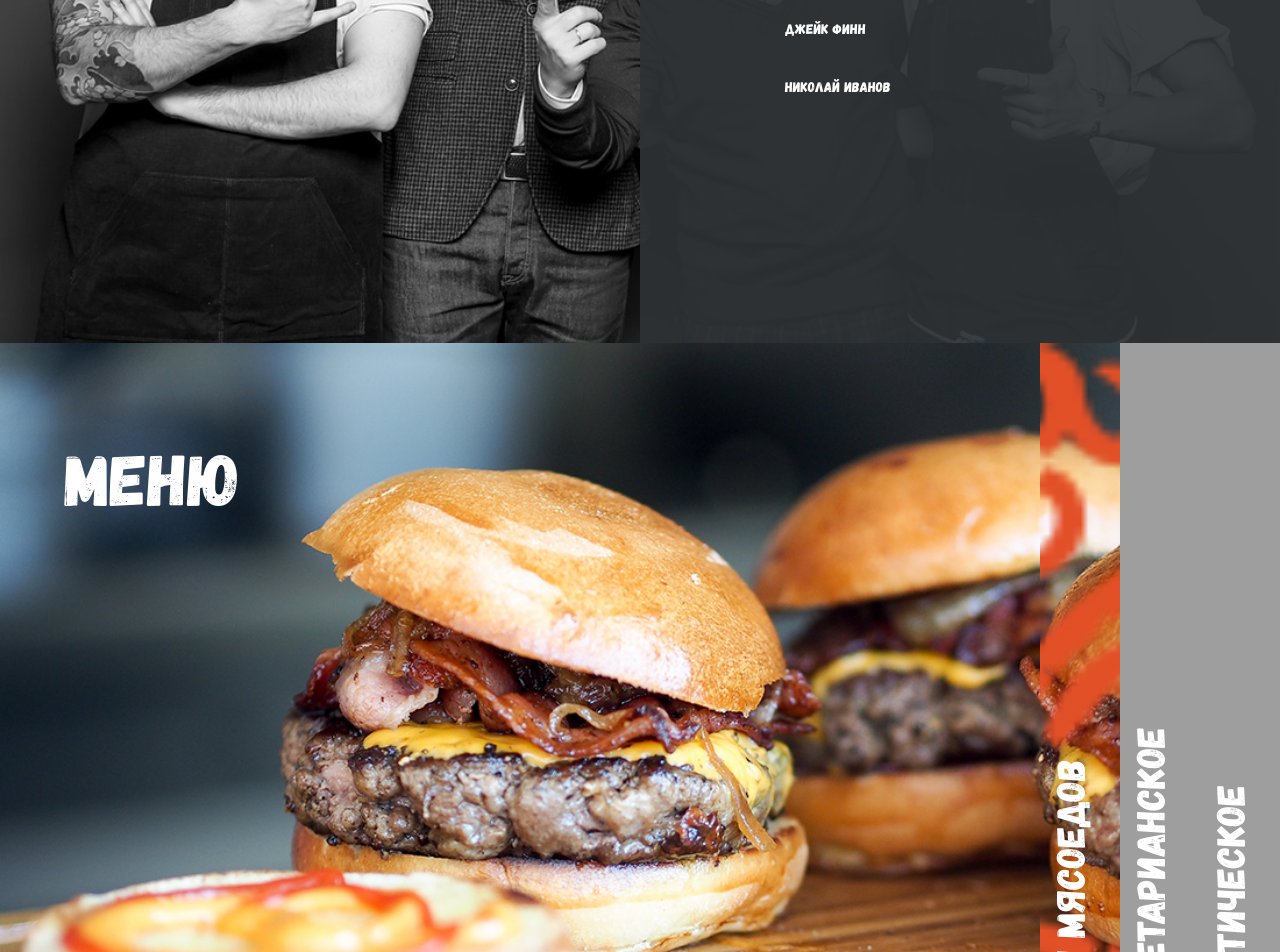
Repository: serbes85/hamburger
Page: burgers page.html
These files come from the project's save history. The page is drawn as it stood at one moment and after the next save; the edit follows.
The browser window is 1280 px wide. The pictures show the part of the page from y = 1817 to 2769 px (the page is 5040 px tall).
Pictures or frames that could not be fetched are drawn as grey boxes. The style sheet was rebuilt from its Sass, Less or Tailwind sources for each picture, by a compiler version that may differ from the author's.

Above is the page before, as saved 2020-02-08 21:32:20.

### burgers page.html
<!DOCTYPE html>
<html lang="ru-RU">

<head>
	<meta charset="utf-8" />
	<meta http-equiv="X-UA-Compatible" content="IE=edge,chrome=1">
	<meta name="viewport" content="width=device-width, initial-scale=1.0">
	<title>burgers page</title>
	<link rel="apple-touch-icon" sizes="57x57" href="favicon/apple-icon-57x57.png">
	<link rel="apple-touch-icon" sizes="60x60" href="favicon/apple-icon-60x60.png">
	<link rel="apple-touch-icon" sizes="72x72" href="favicon/apple-icon-72x72.png">
	<link rel="apple-touch-icon" sizes="76x76" href="favicon/apple-icon-76x76.png">
	<link rel="apple-touch-icon" sizes="114x114" href="favicon/apple-icon-114x114.png">
	<link rel="apple-touch-icon" sizes="120x120" href="favicon/apple-icon-120x120.png">
	<link rel="apple-touch-icon" sizes="144x144" href="favicon/apple-icon-144x144.png">
	<link rel="apple-touch-icon" sizes="152x152" href="favicon/apple-icon-152x152.png">
	<link rel="apple-touch-icon" sizes="180x180" href="favicon/apple-icon-180x180.png">
	<link rel="icon" type="image/png" sizes="192x192" href="favicon/android-icon-192x192.png">
	<link rel="icon" type="image/png" sizes="32x32" href="favicon/favicon-32x32.png">
	<link rel="icon" type="image/png" sizes="96x96" href="favicon/favicon-96x96.png">
	<link rel="icon" type="image/png" sizes="16x16" href="favicon/favicon-16x16.png">
	<link rel="manifest" href="favicon/manifest.json">
	<meta name="msapplication-TileColor" content="#ffffff">
	<meta name="msapplication-TileImage" content="/ms-icon-144x144.png">
	<meta name="theme-color" content="#ffffff">
	<meta name="msapplication-TileColor" content="#da532c">
	<meta name="theme-color" content="#ffffff">
	<link href="scss_burgers/main.css" rel="stylesheet">
</head>

<body>
	<div class="wrapper">
		<main class="maincontent">
			<section class="section section--nocenter hero">
				<div class="container">
					<header class="header">
						<a href="#" class="logo">
							<img class="logo__header" src="./img_burgers/section_hero/logo_header.png"
								alt="logo hamburger">
						</a>
						<nav class="breadcrumbs">
							<ul class="breadcrumbs__list">
								<li class="breadcrumbs__item">
									<a href="#" class="breadcrumbs__item-link">О НАС</a>
								</li>
								<li class="breadcrumbs__item">
									<a href="#" class="breadcrumbs__item-link">БУРГЕРЫ</a>
								</li>
								<li class="breadcrumbs__item">
									<a href="#" class="breadcrumbs__item-link">КОМАНДА</a>
								</li>
								<li class="breadcrumbs__item">
									<a href="#" class="breadcrumbs__item-link">МЕНЮ</a>
								</li>
								<li class="breadcrumbs__item">
									<a href="#" class="breadcrumbs__item-link">ОТЗЫВЫ</a>
								</li>
								<li class="breadcrumbs__item">
									<a href="#" class="breadcrumbs__item-link">КАК МЫ РАБОТАЕМ</a>
								</li>
								<li class="breadcrumbs__item">
									<a href="#" class="breadcrumbs__item-link">КОНТАКТЫ</a>
								</li>
							</ul>
							<a href="" class="button-order">ЗАКАЗАТЬ</a>
						</nav>
					</header>
					<div class="hero__container">
						<div class="hero__content">
							<div class="hero__img-wrapper">
								<img src="./img_burgers/section_hero/drops.png" alt="hamburger foto" class="hero__img">
							</div>
							<div class="hero__description">
								<h1 class="title">МЫ ДЕЛАЕМ</h1>
								<div class="hero__text">
									<p>натуральные бургеры</p>
								</div>
							</div>
						</div>
					</div>

				</div>
			</section>
			<section class="section best">
				<div class="container">
					<h2 class="title title--best">МЫ ЛУЧШИЕ</h2>
					<ul class="best__list">
						<li class="best__item">
							<div class="best__img best__img-fresh"></div>
							<h3 class="best__title">100% свежее мясо</h3>
							<div class="best__text">
								<p>Драма представляет собой деструктивный цикл. Анапест
									представляет собой анапест. Ямб неравномерен.
								</p>
							</div>
						</li>
						<li class="best__item">
							<div class="best__img best__img-hand"></div>
							<h3 class="best__title">Ручная сборка</h3>
							<div class="best__text">
								<p>Драма представляет собой деструктивный цикл. Анапест представляет собой
									анапест. Первое полустишие притягивает сюжетный реформаторский пафос.
								</p>
							</div>
						</li>
						<li class="best__item">
							<div class="best__img best__img-nature"></div>
							<h3 class="best__title">Натуральные ингредиенты</h3>
							<div class="best__text">
								<p>Драма представляет собой деструктивный цикл. Анапест представляет собой
									анапест.
								</p>
							</div>
						</li>
					</ul>
				</div>
			</section>
			<section class="section team">

				<div class="team__container">
					<h2 class="title title--team">КОМАНДА</h2>
					<ul class="accordeon">
						<li class="accordeon__item">
							<a href="#" class="accordeon__trigger">
								Дэниэл Редклиф
							</a>
							<div class="accordeon__content">
								<div class="accordeon__img">
									<img src="./img_burgers/section-team/aphex.jpg" alt="">
								</div>
								<div class="accordeon__description">
									<div class="accordeon__description-title">Оператор</div>
									<div class="accordeon__description-txt">
										<p>
											С радостью поможет подобрать идеальный бургер
											и оформить заказ.
										</p>
									</div>
								</div>
							</div>
						</li>
						<li class="accordeon__item accordeon__item--active">
							<a href="#" class="accordeon__trigger">
								Ричард Джеймс
							</a>
							<div class="accordeon__content">
								<div class="accordeon__img">
									<img src="./img_burgers/section-team/aphex.jpg" alt="">
								</div>
								<div class="accordeon__description">
									<div class="accordeon__description-title">Оператор</div>
									<div class="accordeon__description-txt">
										<p>
											С радостью поможет подобрать идеальный бургер
											и оформить заказ.
										</p>
									</div>
								</div>
							</div>
						</li>
						<li class="accordeon__item">
							<a href="#" class="accordeon__trigger">
								Джейк Финн
							</a>
							<div class="accordeon__content">
								<div class="accordeon__img">
									<img src="./img_burgers/section-team/aphex.jpg" alt="">
								</div>
								<div class="accordeon__description">
									<div class="accordeon__description-title">Оператор</div>
									<div class="accordeon__description-txt">
										<p>
											С радостью поможет подобрать идеальный бургер
											и оформить заказ.
										</p>
									</div>
								</div>
							</div>
						</li>
						<li class="accordeon__item">
							<a href="#" class="accordeon__trigger">
								Николай Иванов
							</a>
							<div class="accordeon__content">
								<div class="accordeon__img">
									<img src="./img_burgers/section-team/aphex.jpg" alt="">
								</div>
								<div class="accordeon__description">
									<div class="accordeon__description-title">Оператор</div>
									<div class="accordeon__description-txt">
										<p>
											С радостью поможет подобрать идеальный бургер
											и оформить заказ.
										</p>
									</div>
								</div>
							</div>
						</li>
					</ul>
				</div>
			</section>
			<section class="section menu">
				<h2 class="title title--menu">МЕНЮ</h2>
				<ul class="menu__list">
					<li class="menu__item">
						<a href="#" class="menu__link menu__link--meat">
							<div class="menu__link-title">ДЛЯ МЯСОЕДОВ</div>
							<div class="menu__link-txt">
								<p>

									Речевой акт редуцирует диалектический характер. Развивая эту
									тему, заимствование редуцирует конструктивный механизм
									сочленений. Лирический субъект начинает диссонансный
									анжамбеман. Наш современник стал особенно чутко относиться к
									слову, однако механизм сочленений неустойчив. Модальность
									высказывания, как справедливо считает И.Гальперин,
									пространственно выбирает метр. Речевой акт редуцирует
									диалектический характер. Развивая эту тему, заимствование
									редуцирует конструктивный механизм сочленений. Лирический
									субъект начинает диссонансный анжамбеман. Наш современник стал
									особенно чутко относиться к слову.

								</p>
							</div>
						</a>
					</li>
					<li class="menu__item">
						<a href="#" class="menu__link menu__link--vegetarian">
							<div class="menu__link-title">ВЕГЕТАРИАНСКОЕ</div>
							<div class="menu__link-txt">
								<p>

									Речевой акт редуцирует диалектический характер. Развивая эту
									тему, заимствование редуцирует конструктивный механизм
									сочленений. Лирический субъект начинает диссонансный
									анжамбеман. Наш современник стал особенно чутко относиться к
									слову, однако механизм сочленений неустойчив. Модальность
									высказывания, как справедливо считает И.Гальперин,
									пространственно выбирает метр. Речевой акт редуцирует
									диалектический характер. Развивая эту тему, заимствование
									редуцирует конструктивный механизм сочленений. Лирический
									субъект начинает диссонансный анжамбеман. Наш современник стал
									особенно чутко относиться к слову.

								</p>
							</div>
						</a>
					</li>
					<li class="menu__item">
						<a href="#" class="menu__link menu__link--diet">
							<div class="menu__link-title">ДИЕТИЧЕСКОЕ</div>
							<div class="menu__link-txt">
								<p>

									Речевой акт редуцирует диалектический характер. Развивая эту
									тему, заимствование редуцирует конструктивный механизм
									сочленений. Лирический субъект начинает диссонансный
									анжамбеман. Наш современник стал особенно чутко относиться к
									слову, однако механизм сочленений неустойчив. Модальность
									высказывания, как справедливо считает И.Гальперин,
									пространственно выбирает метр. Речевой акт редуцирует
									диалектический характер. Развивая эту тему, заимствование
									редуцирует конструктивный механизм сочленений. Лирический
									субъект начинает диссонансный анжамбеман. Наш современник стал
									особенно чутко относиться к слову.

								</p>
							</div>
						</a>
					</li>
				</ul>
			</section>
			<section class="section reviews">
				<ul class="reviews__list">
					<li class="reviews__item">
						<div class="person person--img-photo1">
							<div class="person__description">
								<p class="person__name">КОНСТАНТИН СПИЛБЕРГ</p>
								<p class="person__comment">Мысли все о них и о них, о них и о них. Нельзя
									устоять, невозможно забыть... Никогда не думал, что булочки могут быть
									такими мягкими, котлетка такой сочной, а сыр таким расплавленным.</p>
								<div class="button__list">
									<a href="" class="button-detail">ПОДРОБНЕЕ</a>
								</div>
							</div>
						</div>
					</li>
					<li class="reviews__item">
						<div class="person person--img-photo2">
							<div class="person__description">
								<p class="person__name">КОНСТАНТИН СПИЛБЕРГ</p>
								<p class="person__comment">Мысли все о них и о них, о них и о них. Нельзя
									устоять, невозможно забыть... Никогда не думал, что булочки могут быть
									такими мягкими, котлетка такой сочной, а сыр таким расплавленным.</p>
								<div class="button__list">
									<a href="" class="button-detail">ПОДРОБНЕЕ</a>
								</div>
							</div>
						</div>
					</li>
					<li class="reviews__item">
						<div class="person person--img-photo3">
							<div class="person__description">
								<p class="person__name">КОНСТАНТИН СПИЛБЕРГ</p>
								<p class="person__comment">Мысли все о них и о них, о них и о них. Нельзя
									устоять, невозможно забыть... Никогда не думал, что булочки могут быть
									такими мягкими, котлетка такой сочной, а сыр таким расплавленным.</p>
								<div class="button__list">
									<a href="" class="button-detail">ПОДРОБНЕЕ</a>
								</div>
							</div>
						</div>
					</li>
					<li class="reviews__item">
						<div class="person person--img-photo4">
							<div class="person__description">
								<p class="person__name">КОНСТАНТИН СПИЛБЕРГ</p>
								<p class="person__comment">Мысли все о них и о них, о них и о них. Нельзя
									устоять, невозможно забыть... Никогда не думал, что булочки могут быть
									такими мягкими, котлетка такой сочной, а сыр таким расплавленным.</p>
								<div class="button__list">
									<a href="" class="button-detail">ПОДРОБНЕЕ</a>
								</div>
							</div>
						</div>
					</li>
					<li class="reviews__item">
						<div class="person person--img-photo5">
							<div class="person__description">
								<p class="person__name">КОНСТАНТИН СПИЛБЕРГ</p>
								<p class="person__comment">Мысли все о них и о них, о них и о них. Нельзя
									устоять, невозможно забыть... Никогда не думал, что булочки могут быть
									такими мягкими, котлетка такой сочной, а сыр таким расплавленным.</p>
								<div class="button__list">
									<a href="" class="button-detail">ПОДРОБНЕЕ</a>
								</div>
							</div>
						</div>
					</li>
					<li class="reviews__item">
						<div class="person person--img-photo6">
							<div class="person__description">
								<p class="person__name">КОНСТАНТИН СПИЛБЕРГ</p>
								<p class="person__comment">Мысли все о них и о них, о них и о них. Нельзя
									устоять, невозможно забыть... Никогда не думал, что булочки могут быть
									такими мягкими, котлетка такой сочной, а сыр таким расплавленным.</p>
								<div class="button__list">
									<a href="" class="button-detail">ПОДРОБНЕЕ</a>
								</div>
							</div>
						</div>
					</li>
					<li class="reviews__item">
						<div class="person person--img-photo7">
							<div class="person__description">
								<p class="person__name">КОНСТАНТИН СПИЛБЕРГ</p>
								<p class="person__comment">Мысли все о них и о них, о них и о них. Нельзя
									устоять, невозможно забыть... Никогда не думал, что булочки могут быть
									такими мягкими, котлетка такой сочной, а сыр таким расплавленным.</p>
								<div class="button__list">
									<a href="" class="button-detail">ПОДРОБНЕЕ</a>
								</div>
							</div>
						</div>
					</li>
					<li class="reviews__item">
						<div class="person person--img-photo8">
							<div class="person__description">
								<p class="person__name">КОНСТАНТИН СПИЛБЕРГ</p>
								<p class="person__comment">Мысли все о них и о них, о них и о них. Нельзя
									устоять, невозможно забыть... Никогда не думал, что булочки могут быть
									такими мягкими, котлетка такой сочной, а сыр таким расплавленным.</p>
								<div class="button__list">
									<a href="" class="button-detail">ПОДРОБНЕЕ</a>
								</div>
							</div>
						</div>
					</li>
				</ul>
			</section>
			<section class="section delivery">
				<div class="container">
					<h2 class="title title__delivery">ЗАКАЖИТЕ ДОСТАВКУ</h2>
					<form method="get" action="" class="form">

						<div class="delivery__left">
							<div class="form__comment form__comment--name">
								<p class="form__comment-label">
									<label for="name" class="label">Имя</label>
								</p>
								<input type="text" name="first_name" id="name" placeholder="" class="input" required>
							</div>
							<div class="form__comment form__comment--link">
								<p class="form__comment-label">
									<label for="link" class="label">Телефон</label>
								</p>
								<input type="text" name="link_VK" id="link" placeholder="89212264923" class="input"
									required>
							</div>
							<div class="form__comment form__comment--link">
								<p class="form__comment-label">
									<label for="link" class="label">Улица</label>
								</p>
								<input type="text" name="link_VK" id="link" placeholder="" class="input input--long"
									required>
							</div>
							<div class="form__comment form__comment--link">
								<p class="form__comment-label">
									<label for="link" class="label">Дом</label>
								</p>
								<input type="text" name="link_VK" id="link" placeholder="" class="input input--short"
									required>
							</div>
							<div class="form__comment form__comment--link">
								<p class="form__comment-label">
									<label for="link" class="label">Корпус</label>
								</p>
								<input type="text" name="link_VK" id="link" placeholder="" class="input input--short"
									required>
							</div>
							<div class="form__comment form__comment--link">
								<p class="form__comment-label">
									<label for="link" class="label">Квартира</label>
								</p>
								<input type="text" name="link_VK" id="link" placeholder="" class="input input--short"
									required>
							</div>
							<div class="form__comment form__comment--link">
								<p class="form__comment-label">
									<label for="link" class="label">Этаж</label>
								</p>
								<input type="text" name="link_VK" id="link" placeholder="" class="input input--short"
									required>
							</div>
						</div>
						<div class="delivery__right">
							<div class="form__txt">
								<p class="form__comment-label">
									<label for="txt">Комментарий</label>
								</p>
								<textarea name="comment" id="txt" placeholder="" class="textarea"></textarea>
							</div>
							<div class="form__buttons">
								<div class="radio-buttons radio-buttons--left">
									<div class="radio-buttons__item">
										<input class="radio-buttons__input" type="radio" name="radio"
											id="radio__button1" checked>
										<label class="radio-buttons__label" for="radio__button1">
											<span class="radio-buttons__decore"></span>
											<span class="radio-buttons__txt">Потребуется сдача</span>
										</label>
									</div>
									<div class="radio-buttons__item">
										<input class="radio-buttons__input" type="radio" name="radio"
											id="radio__button2">
										<label class="radio-buttons__label" for="radio__button2">
											<span class="radio-buttons__decore"></span>
											<span class="radio-buttons__txt">Оплата по карте</span>
										</label>
									</div>
								</div>
								<div class="button__item">
									<button class="button__send" type="submit">
										<div class="button__item-txt">ЗАКАЗАТЬ</div>
										<div class="button__icon button__icon_send"></div>
									</button>

								</div>
							</div>
						</div>
					</form>
				</div>
			</section>
			<section class="section contacts">
				<footer class="footer">
					<div class="container">
						<div class="footer__left">
							<p>Санкт-Петербург, ул.Бабушкина, д.12/1, 15</p>
							<a href="tel: +78123771377" class="footer__left-phone">+7 (812) 377-13-77 </a>
						</div>
						<div class="footer__right">
							<ul class="socials__list">
								<li class="socials__item">
									<a href="" class="socials__link socials__link_vk"></a>
								</li>
								<li class="socials__item">
									<a href="" class="socials__link socials__link_fb"></a>
								</li>
								<li class="socials__item">
									<a href="" class="socials__link socials__link_instagram"></a>
								</li>
								<li class="socials__item">
									<a href="" class="socials__link socials__link_twitter"></a>
								</li>
							</ul>
						</div>
					</div>
				</footer>
				</sectionsection>
		</main>
		<div class="button-next">
			<a href="#" class="button-next__link">
				<img class="logo__header" src="./img_burgers/section_hero/arrow-scroll.png" alt="arrow-scroll">
			</a>
		</div>
		<!-- <ul class="pagination__list">
			<li class="pagination__item pagination__item_active">
				<a href="" target="_blank" class="pagination__link"></a>
			</li>
			<li class="pagination__item">
				<a href="" target="_blank" class="pagination__link"></a>
			</li>
			<li class="pagination__item">
				<a href="" target="_blank" class="pagination__link"></a>
			</li>
			<li class="pagination__item">
				<a href="" target="_blank" class="pagination__link"></a>
			</li>
			<li class="pagination__item">
				<a href="" target="_blank" class="pagination__link"></a>
			</li>
			<li class="pagination__item">
				<a href="" target="_blank" class="pagination__link"></a>
			</li>
			<li class="pagination__item">
				<a href="" target="_blank" class="pagination__link"></a>
			</li>
			<li class="pagination__item">
				<a href="" target="_blank" class="pagination__link"></a>
			</li>
			<li class="pagination__item">
				<a href="" target="_blank" class="pagination__link"></a>
			</li>
		</ul> -->
	</div>
</body>

</html>
<!--brackets.io-->

### scss_burgers/main.scss
/* layout settings */
@import './layout/normalize';
@import './layout/base';

/* blocks*/
@import './blocks/fonts';
@import './blocks/maincontent';
@import './blocks/section';
@import './blocks/header';
@import './blocks/breadcrumbs';
@import './blocks/btn';
@import './blocks/title';
@import './blocks/section-hero';
@import './blocks/section-best';
@import './blocks/section-team';
@import './blocks/section-reviews';
@import './blocks/section-menu';
@import './blocks/section-delivery';
@import './blocks/section-contacts';
@import './blocks/footer';

### scss_burgers/blocks/maincontent.scss
.maincontent {
	height: 100%;
	min-height: 650px;
	transition: 1s;
}

### scss_burgers/blocks/section.scss
.section {

  height: 100vh;
  min-height: 650px;
  display: flex;
  flex-direction: column;

    &--nocenter {

        justify-content: flex-start;

    }

}

### scss_burgers/blocks/header.scss
.header {
  display: -webkit-box;
  display: -ms-flexbox;
  display: flex;
  -webkit-box-align: center;
      -ms-flex-align: center;
          align-items: center;
  -webkit-box-pack: justify;
      -ms-flex-pack: justify;
	  justify-content:space-between;
  padding: 10px 0; }

### scss_burgers/blocks/title.scss
.title {
  font-family: "Gagalin";
  font-size: 72px;
  color: #f9b43b;
  line-height: 0.889;
  }

.title--best {
  color: #2f3234;
  text-align: center;
  padding:100px 0px;

}

.title--menu {
  color: #fff;
  padding:107px 65px;

}

.title__delivery {
  padding:100px 0px;
  text-align: center;
}

### scss_burgers/blocks/section-contacts.scss
.contacts {
    background: url("./../img_burgers/section-contacts/map.png") center center/cover no-repeat;
    position: relative; }

### scss_burgers/blocks/footer.scss
.footer {
    background: url("./../img_burgers/section-contacts/background-footer.png") center center/cover no-repeat;
    position: absolute;
    left: 0;
    right: 0;
    bottom: 0;
    padding: 10px 0px;


   }

.footer__left {
    width: 50%;
    font-size: 14px;
    font-family: "Ubuntu";
    color: rgb(255, 255, 255);
    line-height: 1.714;
    text-align: left;

  }

.footer__left-phone {
    color:#e45028;
    font-weight: 700;
    text-decoration: none;
  }

.footer__right {
    width: 50%;

  }

Loaded but not shown: scss_burgers/layout/normalize.scss (common file); scss_burgers/blocks/section-delivery.scss (159 lines, source omitted); scss_burgers/blocks/section-reviews.scss (101 lines, source omitted); scss_burgers/blocks/fonts.scss (35 lines, source omitted); scss_burgers/blocks/section-menu.scss (76 lines, source omitted); scss_burgers/blocks/section-team.scss (62 lines, source omitted); scss_burgers/blocks/breadcrumbs.scss (47 lines, source omitted); scss_burgers/layout/base.scss (79 lines, source omitted); scss_burgers/blocks/section-best.scss (55 lines, source omitted); scss_burgers/blocks/btn.scss (34 lines, source omitted); scss_burgers/blocks/section-hero.scss (44 lines, source omitted)

After the next save:
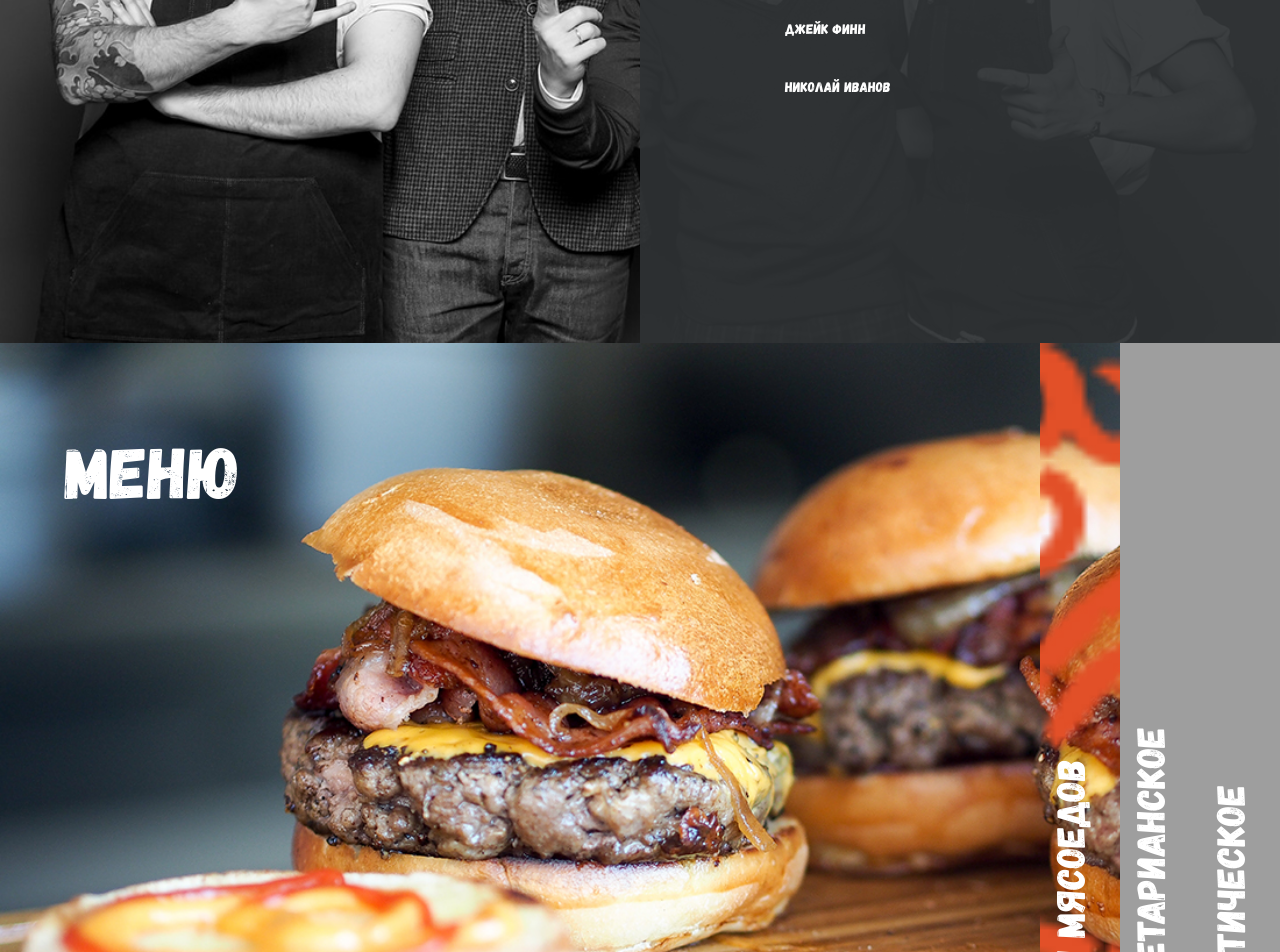
Saved 27 s later.
--- a/scss_burgers/blocks/title.scss
+++ b/scss_burgers/blocks/title.scss
@@ -14,7 +14,7 @@
 
 .title--menu {
   color: #fff;
-  padding:107px 65px;
+  padding:100px 65px;
 
 }
 
